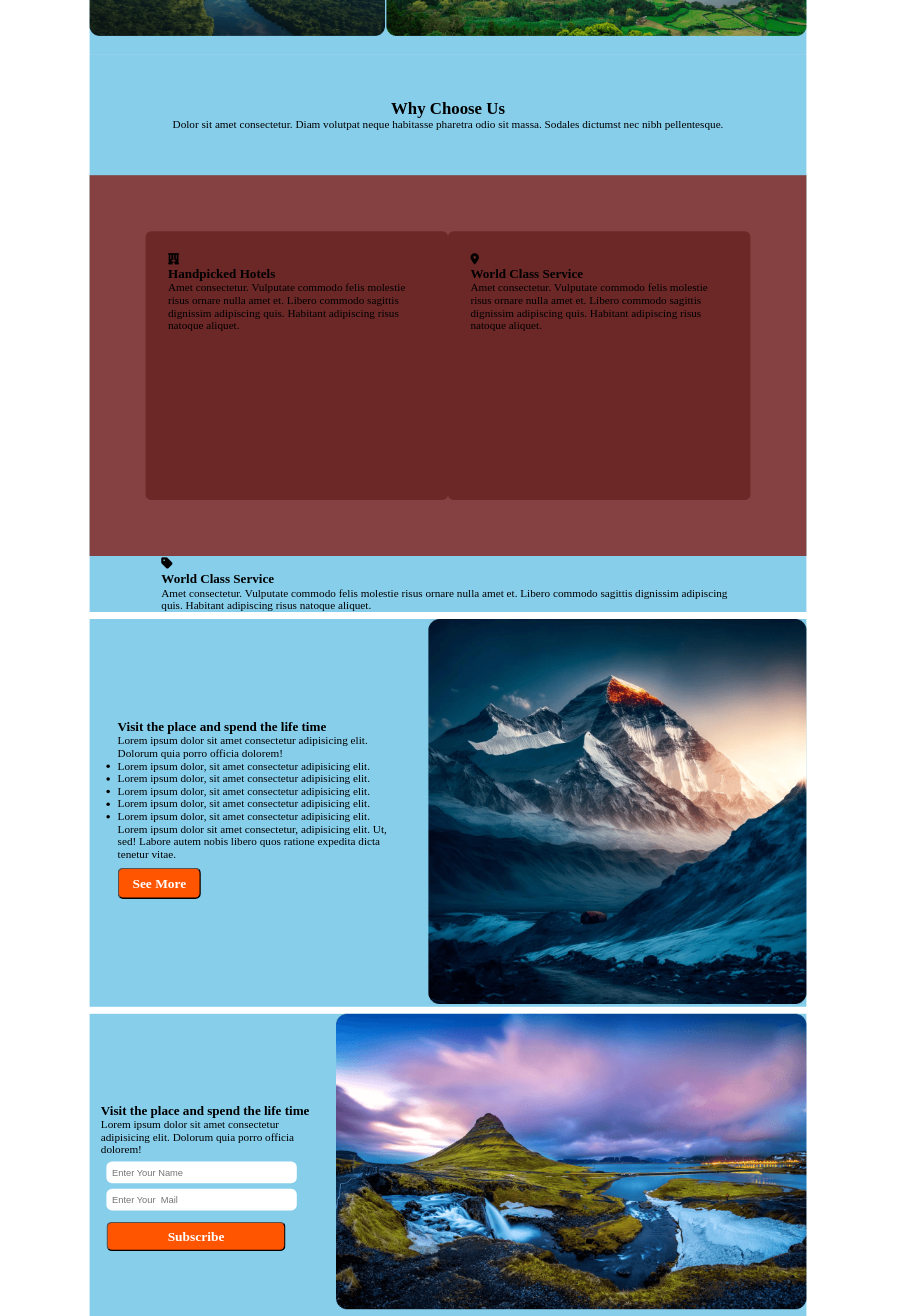
Repository: sumonkumarsarkar/Sk-Travel-Agency-
Page: index.html
An editor plug-in stored every save of this project. The page is shown before and after the next save, followed by the edit.
The browser window is 1280 px wide. The page is 1312 px wide, so the pictures cover 1312 px, including what lies to the right of the window. The pictures show the part of the page from y = 2246 to 4126 px (the page is 4416 px tall before and 4448 px after), at 70% of full size.

Above is the page before, as saved 2024-01-17 11:39:45.

After the next save:
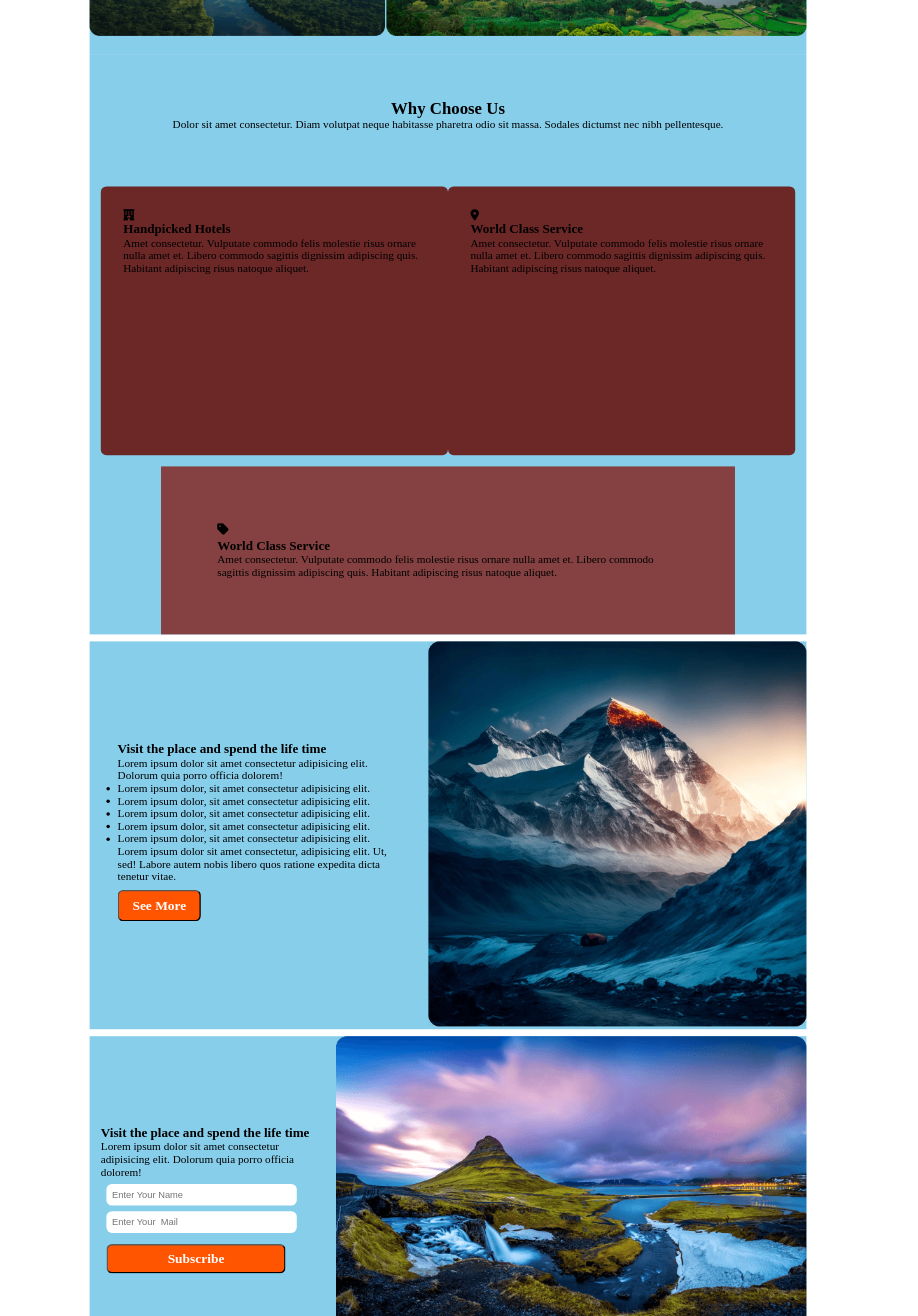
Saved 9 s later.
--- a/style.css
+++ b/style.css
@@ -51,7 +51,7 @@ padding:4rem;
 
 }
 
-.container-card{
+.container-card-item{
 margin:0 auto;
 padding: 5rem 5rem;
 background: #854141;
